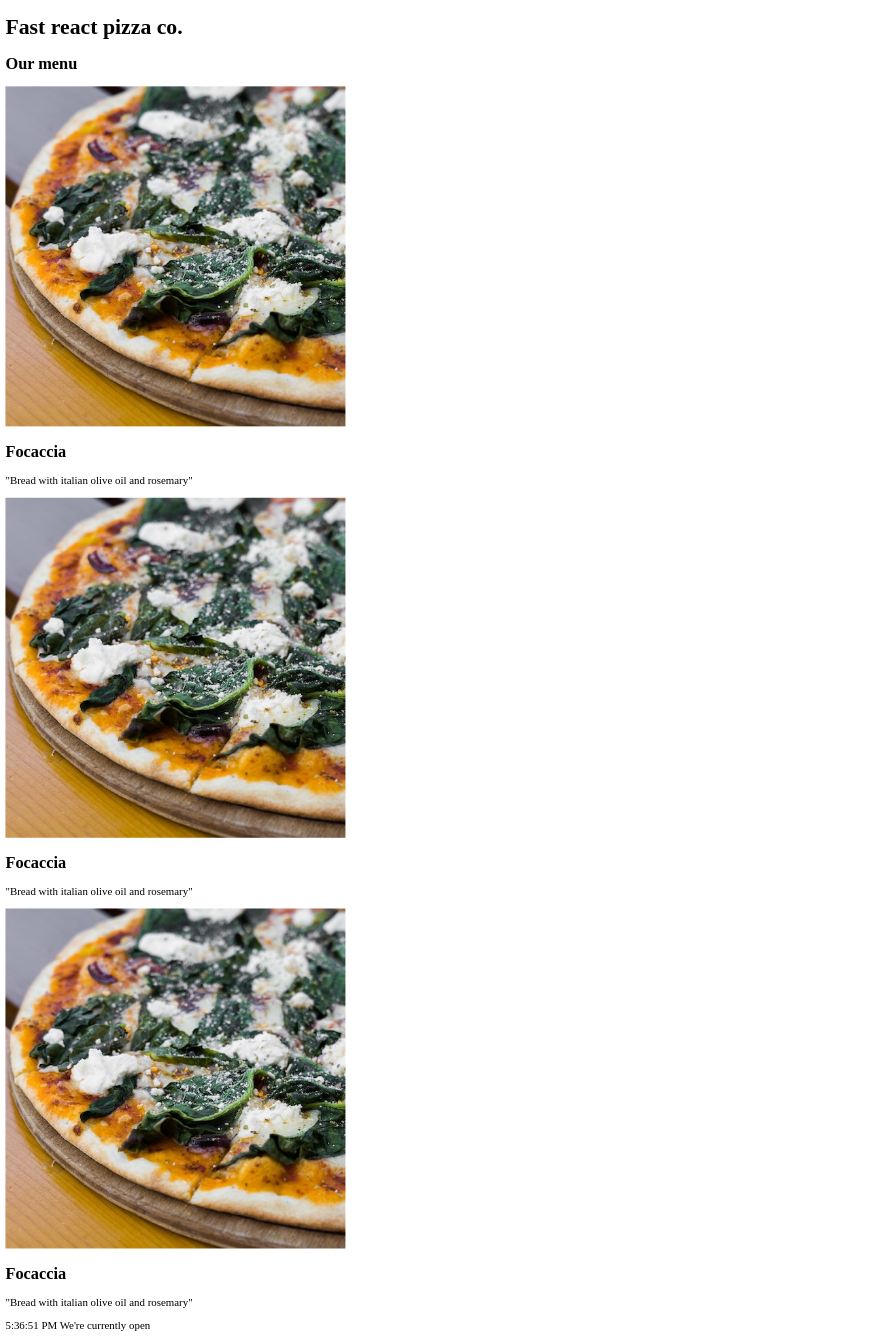
Repository: ahmedharidy/First-React-App
Page: /
These files come from the project's save history. The page is drawn as it stood at one moment and after the next save; the edit follows.
The browser window is 1280 px wide. The pictures show the whole page, at 68% of full size.
The project was rebuilt for these pictures with package versions that can differ from the ones it lists, and the page was loaded fresh each time.

Above is the page before, as saved 2026-09-22 08:50:36.

### src/index.js
import React from "react";
import ReactDOM from "react-dom/client";

const pizzaData = [
  {
    name: "Focaccia",
    ingredients: "Bread with italian olive oil and rosemary",
    price: 6,
    photoName: "pizzas/focaccia.jpg",
    soldOut: false,
  },
  {
    name: "Pizza Margherita",
    ingredients: "Tomato and mozarella",
    price: 10,
    photoName: "pizzas/margherita.jpg",
    soldOut: false,
  },
  {
    name: "Pizza Spinaci",
    ingredients: "Tomato, mozarella, spinach, and ricotta cheese",
    price: 12,
    photoName: "pizzas/spinaci.jpg",
    soldOut: false,
  },
  {
    name: "Pizza Funghi",
    ingredients: "Tomato, mozarella, mushrooms, and onion",
    price: 12,
    photoName: "pizzas/funghi.jpg",
    soldOut: false,
  },
  {
    name: "Pizza Salamino",
    ingredients: "Tomato, mozarella, and pepperoni",
    price: 15,
    photoName: "pizzas/salamino.jpg",
    soldOut: true,
  },
  {
    name: "Pizza Prosciutto",
    ingredients: "Tomato, mozarella, ham, aragula, and burrata cheese",
    price: 18,
    photoName: "pizzas/prosciutto.jpg",
    soldOut: false,
  },
];
function App() {
  return (
    <div>
      <Header />
      <Menu />
      <Footer />
    </div>
  );
}

function Pizza() {
  return (
    <div>
      <img src="pizzas/spinaci.jpg" alt="alt"></img>
      <h2>Focaccia</h2>
      <p>"Bread with italian olive oil and rosemary"</p>
    </div>
  );
}

function Header() {
  return <h1>Fast react pizza co.</h1>;
}
function Menu() {
  return (
    <div>
      <h2>Our menu</h2>
      <Pizza />
      <Pizza />
      <Pizza />
    </div>
  );
}
function Footer() {
  const hour = new Date().getHours();
  const openHour = 12;
  const closeHour = 22;
  const isOpen = hour >= openHour && hour <= closeHour;

  //   if (hour >= openHour && hour <= closeHour) alert("were currently open!");
  //   else alert("sorry were closed");

  return (
    <footer>{new Date().toLocaleTimeString()} We're currently open</footer>
  );
  //   return React.createElement("footer", null, "we're currently open");
}

const root = ReactDOM.createRoot(document.getElementById("root"));

root.render(<App />);

Loaded but not shown: public/index.html (common file)

After the next save:
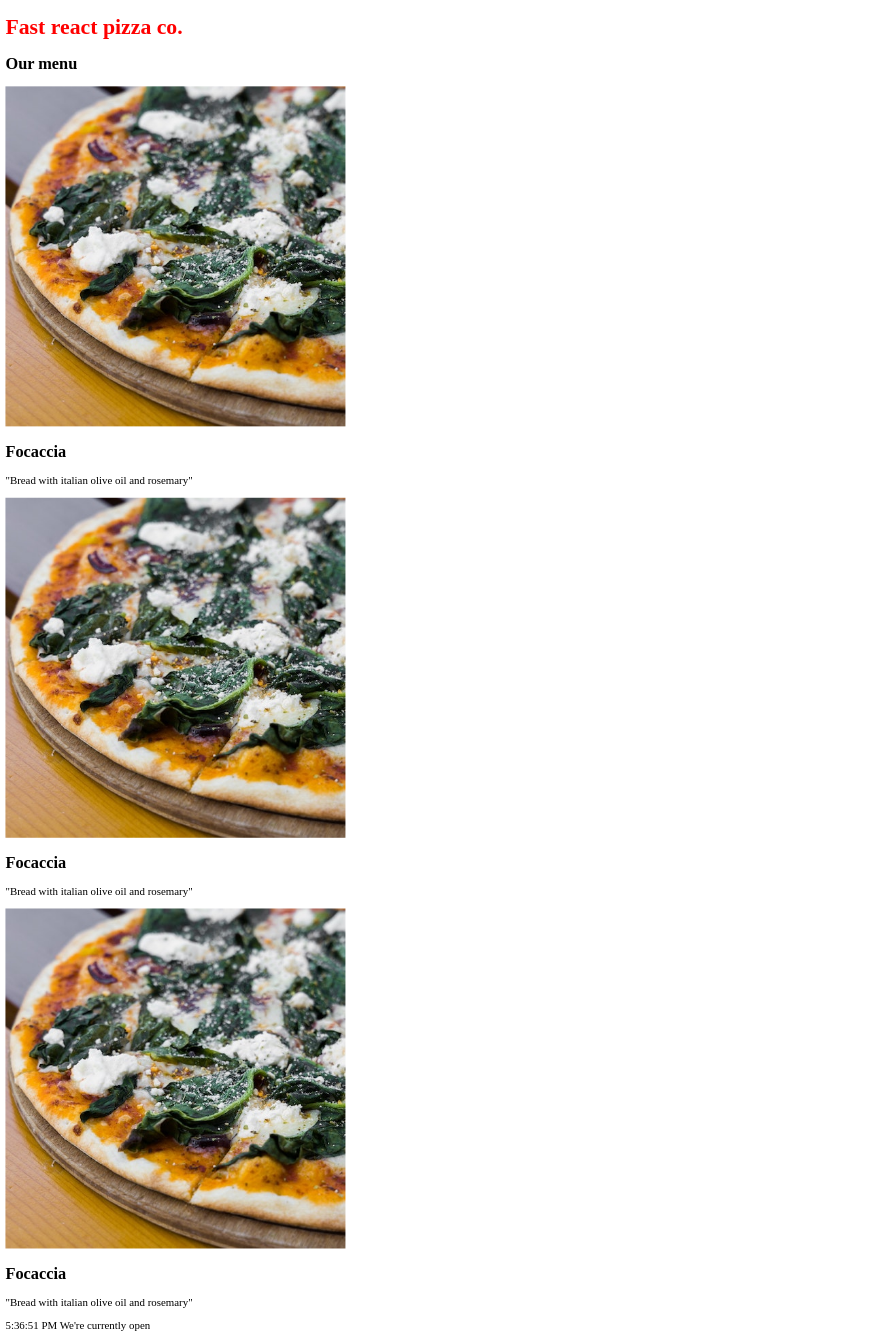
Saved 14 min 30 s later.
--- a/src/index.js
+++ b/src/index.js
@@ -66,7 +66,7 @@ function Pizza() {
 }
 
 function Header() {
-  return <h1>Fast react pizza co.</h1>;
+  return <h1 style={{ color: "red" }}>Fast react pizza co.</h1>;
 }
 function Menu() {
   return (
